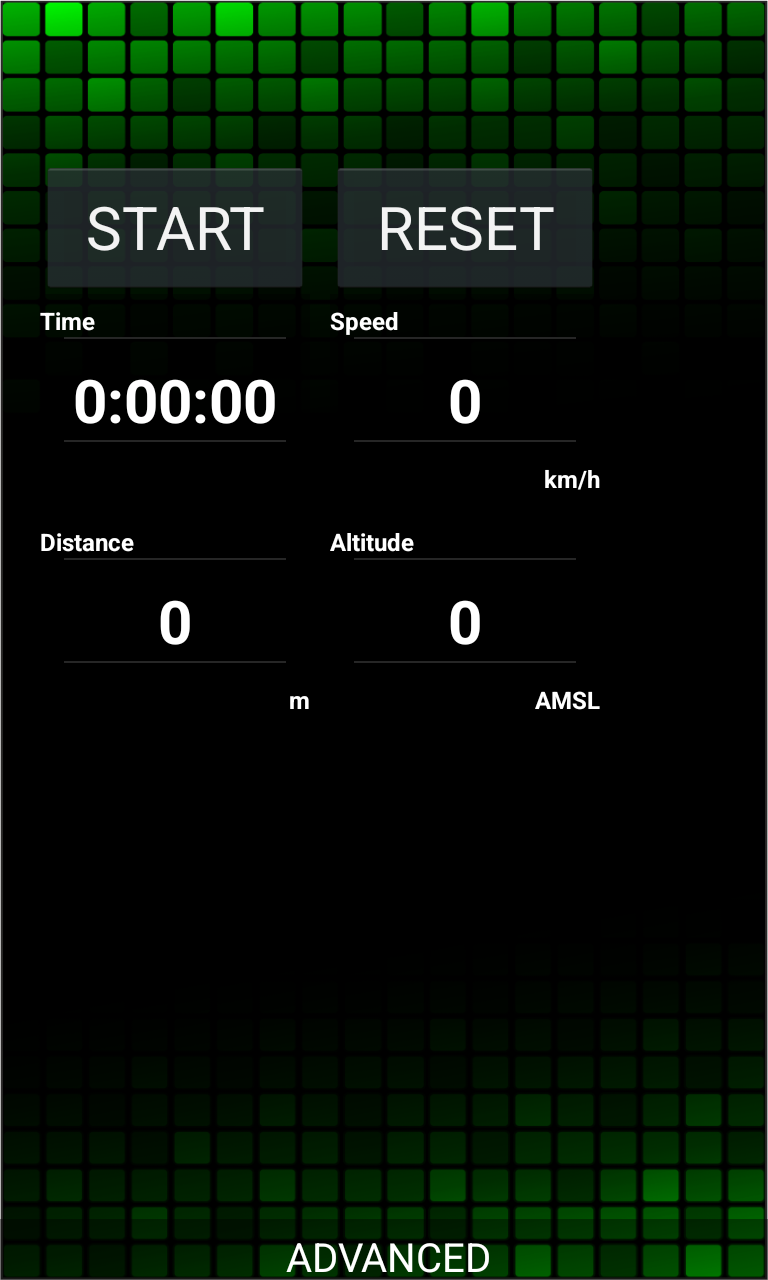
Repository: sebastianR1001/GeoApplication
Layout: GeoApplication/res/layout/activity_fullscreen.xml
An editor plug-in stored every save of this project. The layout is shown before and after the next save, followed by the edit.
It is drawn on a 768 x 1280 px phone screen (xhdpi) without system bars, with theme FullscreenTheme; the app's code is not run.

Above is the layout before, as saved 2014-11-04 21:51:43.

### GeoApplication/res/layout/activity_fullscreen.xml
<FrameLayout xmlns:android="http://schemas.android.com/apk/res/android"
    xmlns:tools="http://schemas.android.com/tools"
    android:layout_width="match_parent"
    android:layout_height="match_parent"
    android:background="@drawable/alik"
    tools:context="geo.geoapplication.FullscreenActivity" >

    <!--
         The primary full-screen view. This can be replaced with whatever view
         is needed to present your content, e.g. VideoView, SurfaceView,
         TextureView, etc.
    -->

    <TextView
        android:id="@+id/fullscreen_content"
        android:layout_width="match_parent"
        android:layout_height="match_parent"
        android:gravity="center"
        android:keepScreenOn="true"
        android:textSize="50sp"
        android:textStyle="bold" />

     <TableLayout
        android:layout_width="wrap_content"
        android:layout_height="wrap_content"
        android:layout_marginTop="80dp"
        android:layout_marginLeft="10dp"
        android:layout_marginRight="10dp"  >

         <TableRow
            android:id="@+id/tableRow0"
            android:layout_width="wrap_content"
            android:layout_height="wrap_content"
            >

            <Button
		        android:id="@+id/startButton"
		        android:layout_width="135dp"
		        android:layout_height="67dp"
		        android:layout_marginLeft="10dp"
		        android:textSize="30sp"
		        android:text="@string/startButton" />

		     <Button
		        android:id="@+id/resetButton"
		        android:layout_width="135dp"
		        android:layout_height="67dp"
		        android:layout_marginRight="10dp"
		        android:layout_marginLeft="10dp"
		        android:textSize="30sp"
		        android:text="@string/resetButton" />

        </TableRow>

        <TableRow
            android:id="@+id/tableRow1"
            android:layout_width="wrap_content"
            android:layout_height="wrap_content"
            >

            <LinearLayout
		        android:id="@+id/timeLayout"
		        style="?metaButtonBarStyle"
		        android:layout_width="wrap_content"
		        android:layout_height="wrap_content"
		        android:layout_weight="5"
		        android:layout_marginLeft="10dp"
		        android:background="@color/black_overlay"
		        android:orientation="vertical"
		        tools:ignore="UselessParent" >

			    <TextView
			        android:layout_width="match_parent"
			        android:layout_height="match_parent"
			        android:layout_marginTop="5dp"
			        android:text="@string/timeText"
			        android:id="@+id/timeText"
			        android:textColor="#ffffff"
			        android:textSize="12sp"
			        android:textStyle="bold" />

			    <TextView
			        android:layout_width="match_parent"
			        android:layout_height="match_parent"
			        android:text="@string/time"
			        android:id="@+id/time"
			        android:layout_marginTop="10dp"
			        android:gravity="center"
			        android:textColor="#ffffff"
			        android:textSize="30sp"
			        android:textStyle="bold" />

			    <TextView
			        android:layout_width="match_parent"
			        android:layout_height="match_parent"
			        android:layout_marginTop="10dp"
			        android:textColor="#ffffff"
			        android:textSize="12sp"
			        android:textStyle="bold" />

	        </LinearLayout>

			<LinearLayout
		        android:id="@+id/speedLayout"
		        style="?metaButtonBarStyle"
		        android:layout_width="wrap_content"
		        android:layout_height="wrap_content"
		        android:layout_weight="5"
		        android:layout_marginRight="10dp"
		        android:layout_marginLeft="10dp"
		        android:background="@color/black_overlay"
		        android:orientation="vertical"
		        tools:ignore="UselessParent" >

			    <TextView
			        android:layout_width="match_parent"
			        android:layout_height="match_parent"
			        android:layout_marginTop="5dp"
			        android:text="@string/speedText"
			        android:id="@+id/speedText"
			        android:textColor="#ffffff"
			        android:textSize="12sp"
			        android:textStyle="bold" />

			    <TextView
			        android:layout_width="match_parent"
			        android:layout_height="match_parent"
			        android:text="@string/speed"
			        android:id="@+id/speed"
			        android:layout_marginTop="10dp"
			        android:gravity="center"
			        android:textColor="#ffffff"
			        android:textSize="30sp"
			        android:textStyle="bold" />

			    <TextView
			        android:layout_width="match_parent"
			        android:layout_height="match_parent"
			        android:layout_marginTop="10dp"
			        android:text="@string/speedUnit"
			        android:id="@+id/speedUnit"
			        android:textColor="#ffffff"
			        android:textSize="12sp"
			        android:gravity="right"
			        android:textStyle="bold" />

	        </LinearLayout>

        </TableRow>

        <TableRow
            android:id="@+id/tableRow4"
            android:layout_width="wrap_content"
            android:layout_height="wrap_content"
            android:layout_marginTop="10dp"
            >

            <LinearLayout
		        android:id="@+id/distanceLayout"
		        style="?metaButtonBarStyle"
		        android:layout_width="wrap_content"
		        android:layout_height="wrap_content"
		        android:layout_weight="5"
		        android:layout_marginLeft="10dp"
		        android:background="@color/black_overlay"
		        android:orientation="vertical"
		        tools:ignore="UselessParent" >

			    <TextView
			        android:layout_width="match_parent"
			        android:layout_height="match_parent"
			        android:layout_marginTop="5dp"
			        android:text="@string/distanceText"
			        android:id="@+id/distanceText"
			        android:textColor="#ffffff"
			        android:textSize="12sp"
			        android:textStyle="bold" />

			    <TextView
			        android:layout_width="match_parent"
			        android:layout_height="match_parent"
			        android:text="@string/distance"
			        android:id="@+id/distance"
			        android:layout_marginTop="10dp"
			        android:gravity="center"
			        android:textColor="#ffffff"
			        android:textSize="30sp"
			        android:textStyle="bold" />

			    <TextView
			        android:layout_width="match_parent"
			        android:layout_height="match_parent"
			        android:layout_marginTop="10dp"
			        android:text="@string/distanceUnit"
			        android:id="@+id/distanceUnit"
			        android:textColor="#ffffff"
			        android:gravity="right"
			        android:textSize="12sp"
			        android:textStyle="bold" />

	        </LinearLayout>

			<LinearLayout
		        android:id="@+id/elevationLayout"
		        style="?metaButtonBarStyle"
		        android:layout_width="wrap_content"
		        android:layout_height="wrap_content"
		        android:layout_weight="5"
		        android:layout_marginRight="10dp"
		        android:layout_marginLeft="10dp"
		        android:background="@color/black_overlay"
		        android:orientation="vertical"
		        tools:ignore="UselessParent" >

			    <TextView
			        android:layout_width="match_parent"
			        android:layout_height="match_parent"
			        android:layout_marginTop="5dp"
			        android:text="@string/altitudeText"
			        android:id="@+id/altitudeText"
			        android:textColor="#ffffff"
			        android:textSize="12sp"
			        android:textStyle="bold" />

			    <TextView
			        android:layout_width="match_parent"
			        android:layout_height="match_parent"
			        android:text="@string/altitude"
			        android:id="@+id/altitude"
			        android:layout_marginTop="10dp"
			        android:gravity="center"
			        android:textColor="#ffffff"
			        android:textSize="30sp"
			        android:textStyle="bold" />

			    <TextView
			        android:layout_width="match_parent"
			        android:layout_height="match_parent"
			        android:layout_marginTop="10dp"
			        android:text="@string/altitudeUnit"
			        android:id="@+id/altitudeUnit"
			        android:textColor="#ffffff"
			        android:gravity="right"
			        android:textSize="12sp"
			        android:textStyle="bold" />

	        </LinearLayout>

        </TableRow>

    </TableLayout>

	   <LinearLayout
	        android:id="@+id/advanced"
	        style="?metaButtonBarStyle"
	        android:layout_width="match_parent"
	        android:layout_marginBottom="-180dp"
	        android:layout_height="210dp"
	        android:layout_gravity="bottom|center_horizontal"
	        android:background="@color/black_overlay"
	        android:orientation="vertical"
	        tools:ignore="UselessParent" >

	       <TextView
		        android:id="@+id/advancedInformation"
		        android:layout_width="wrap_content"
                android:layout_height="wrap_content"
                android:text="@string/advancedText"
		        android:paddingTop="5dp"
		        android:paddingLeft="5dp"
		        android:layout_gravity="top|center_horizontal"
		        android:textColor="#ffffff"
		        android:textSize="20sp" />

	       <TextView
		        android:id="@+id/gpsInformation"
		        android:layout_width="wrap_content"
                android:layout_height="wrap_content"
		        android:paddingTop="10dp"
		        android:paddingLeft="5dp"
		        android:textColor="#ffffff"
		        android:textSize="20sp" />

		    <TextView
		        android:id="@+id/viewLocation"
		        android:layout_width="wrap_content"
		        android:layout_height="wrap_content"
		        android:paddingTop="10dp"
		        android:paddingLeft="5dp"
		        android:keepScreenOn="true"
		        android:text="@string/location"
		        android:textColor="#ffffff"
		        android:textSize="20sp"
		        android:textStyle="bold" />

	        <TextView
		        android:layout_width="wrap_content"
                android:layout_height="wrap_content"
		        android:paddingTop="10dp"
		        android:paddingLeft="5dp"
		        android:text="@string/accuracy"
		        android:id="@+id/accuracy"
		        android:textColor="#ffffff"
		        android:textSize="20sp"
		        android:textStyle="bold" />

	        <TextView
		        android:layout_width="wrap_content"
                android:layout_height="wrap_content"
		        android:paddingTop="10dp"
		        android:paddingLeft="5dp"
		        android:text="@string/last_fix"
		        android:id="@+id/lastFix"
		        android:textColor="#ffffff"
		        android:textSize="20sp"
		        android:textStyle="bold" />

        </LinearLayout>


    <FrameLayout
        android:layout_width="match_parent"
        android:layout_height="match_parent"
        android:fitsSystemWindows="true" >

        <LinearLayout
            android:id="@+id/fullscreen_content_controls"
            style="?metaButtonBarStyle"
            android:layout_width="match_parent"
            android:layout_height="wrap_content"
            android:layout_gravity="bottom|center_horizontal"
            android:background="@color/black_overlay"
            android:orientation="horizontal"
            tools:ignore="UselessParent" >
        </LinearLayout>

        <requestFocus />


    </FrameLayout>
    <!--
         This FrameLayout insets its children based on system windows using
         android:fitsSystemWindows.
    -->

</FrameLayout>

### GeoApplication/res/values/strings.xml
<?xml version="1.0" encoding="utf-8"?>
<resources>

    <string name="app_name">GeoApplication</string>
    <string name="dummy_button">Dummy Button</string>
    <string name="dummy_content">DUMMY\nCONTENT</string>
    <string name="geo_application">GEO\nAPPLICATION</string>

    <string name="location">Location: ---</string>

    <string name="speedText">Speed</string>
    <string name="speed">0</string>
    <string name="speedUnit">km/h</string>

    <string name="time">0:00:00</string>
    <string name="timeText">Time</string>

    <string name="accuracy">Accuracy:</string>

    <string name="distance">0</string>
    <string name="distanceUnit">m</string>
    <string name="distanceText">Distance</string>

    <string name="altitude">0</string>
    <string name="altitudeUnit">AMSL</string>
    <string name="altitudeText">Altitude</string>

    <string name="last_fix">Last fix:</string>

    <string name="userText">USER</string>
    <string name="passwordText">PASSWORD</string>

    <string name="startButton">START</string>
    <string name="stopButton">STOP</string>
    <string name="resetButton">RESET</string>
    <string name="loginButton">LOGIN</string>
    <string name="newAccountButton">REGISTRATION</string>

    <string name="advancedText">ADVANCED</string>

</resources>

Loaded but not shown: GeoApplication/res/values-v11/styles.xml (common file); GeoApplication/res/values/styles.xml (common file); GeoApplication/res/values/colors.xml (common file)

After the next save:
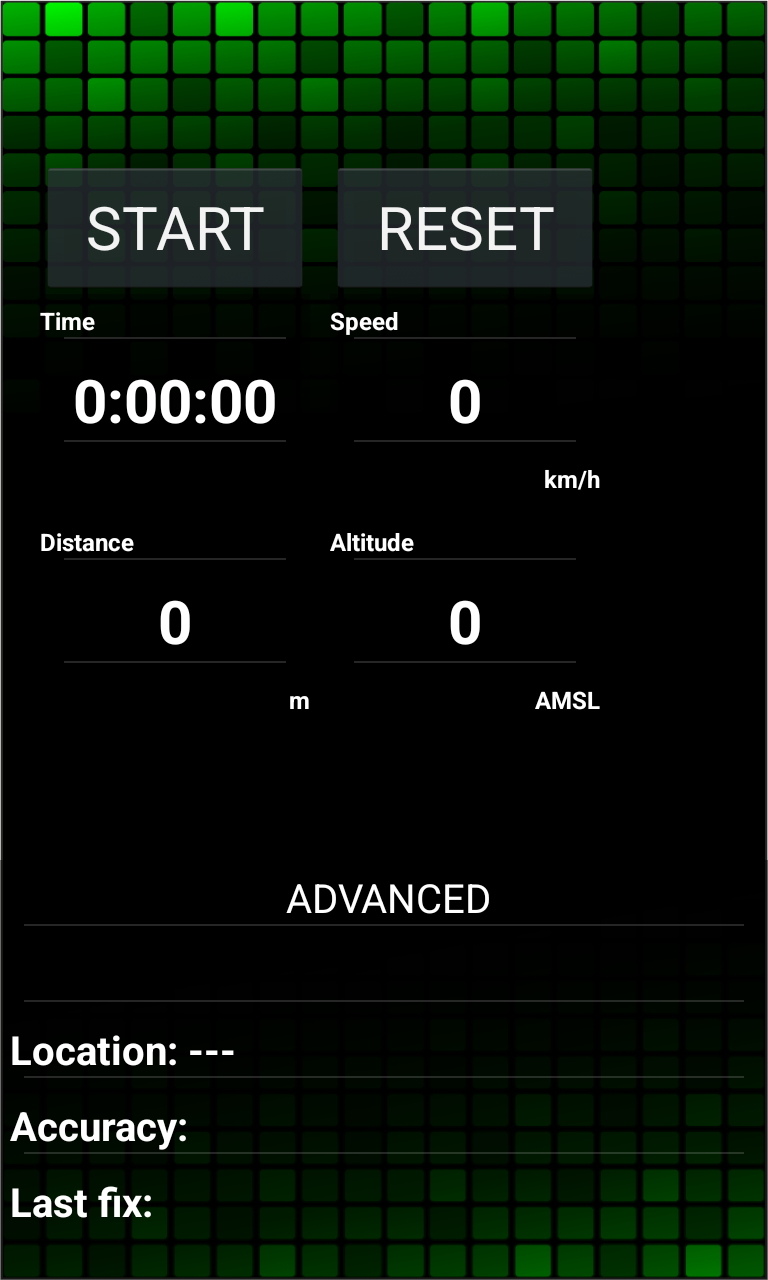
Saved 8 min 12 s later.
--- a/GeoApplication/res/layout/activity_fullscreen.xml
+++ b/GeoApplication/res/layout/activity_fullscreen.xml
@@ -254,7 +254,7 @@
 	        android:id="@+id/advanced"
 	        style="?metaButtonBarStyle"
 	        android:layout_width="match_parent"
-	        android:layout_marginBottom="-180dp"
+
 	        android:layout_height="210dp"
 	        android:layout_gravity="bottom|center_horizontal"
 	        android:background="@color/black_overlay"
